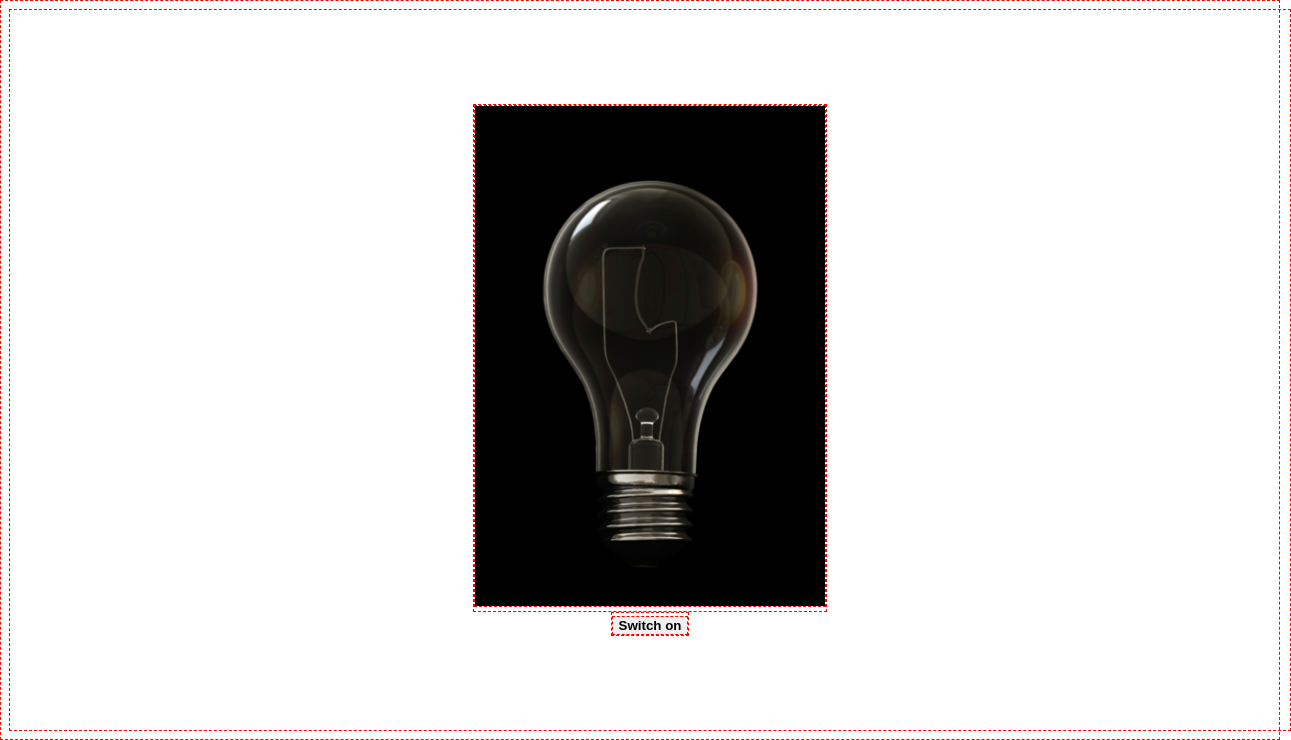
Repository: JunaidAnsari202/bulb
Page: index.html
These files come from the project's save history. The page is drawn as it stood at one moment and after a run of saves; the edit follows.
The browser window is 1280 px wide. The page is 1291 px wide, so the pictures cover 1291 px, including what lies to the right of the window. The pictures show the whole page.

Above is the page before, as saved 2023-10-27 17:52:57.

After the next 3 saves:
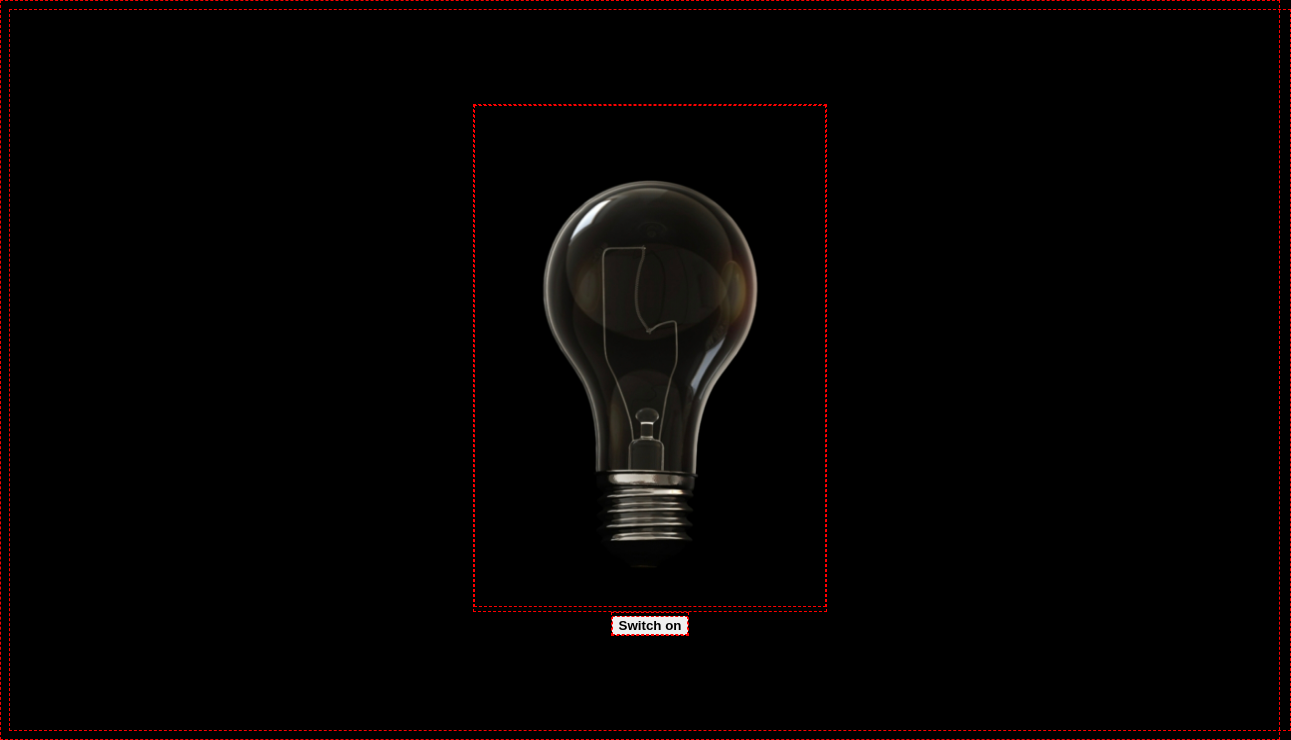
The 3 saves are shown as one change because they came seconds apart.
The last was saved 11 min 17 s later.
--- a/style.css
+++ b/style.css
@@ -1,7 +1,7 @@
 body{
     width: 100vw;
     height: 100vh;
-    background-color: #ffffff;
+    background-color: black;
     overflow: hidden;
     display: flex;
     justify-content: center;
